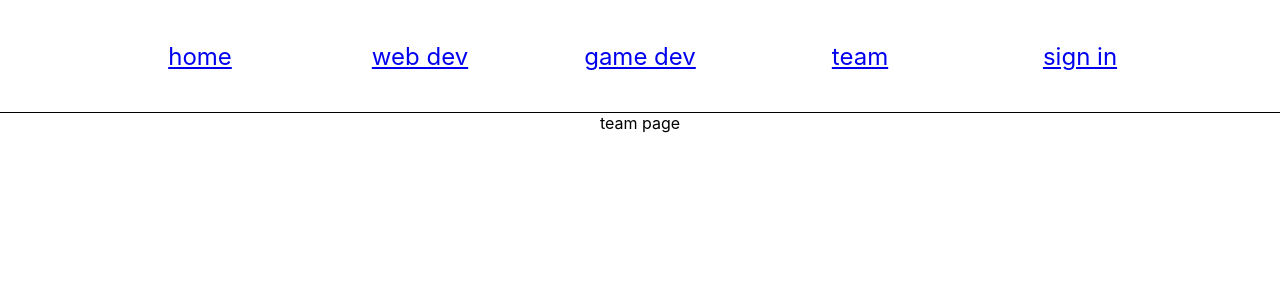
Repository: romAtam/5778
Page: /team
An editor plug-in stored every save of this project. The page is shown before and after the next save, followed by the edit.
The browser window is 1280 px wide. The pictures show the whole page.
The project was rebuilt for these pictures with package versions that can differ from the ones it lists, and the page was loaded fresh each time. Also part of the build but not shown: src/Pages/Home.js, src/Pages/Game.js, src/Pages/Web.js, src/Pages/Signin.js.

Above is the page before, as saved 2021-12-11 13:10:35.

### src/index.js
import React from 'react';
import ReactDOM from 'react-dom';
import './index.css';
import App from './App';

import {BrowserRouter as Router} from "react-router-dom"
ReactDOM.render(
  <React.StrictMode>
    <Router>
       <App />
    </Router>

  </React.StrictMode>,
  document.getElementById('root')
);

### src/App.js

import './App.css';
import Nav from './Nav'
import {Routes,Route} from "react-router-dom"
import Home from "./Pages/Home"
import Game from "./Pages/Game"
import Web from "./Pages/Web"
import Team from "./Pages/Team"
import Signin from "./Pages/Signin"
function App() {
  return (
    <div className="App">
<Nav/>
<Routes>
  <Route path="/" element={<Home/>}/>
  <Route path="/game" element={<Game/>}/>
  <Route path="/web" element={<Web/>}/>
  <Route path="/team" element={<Team/>}/>
  <Route path="/signin" element={<Signin/>}/>
</Routes>



    </div>
  );
}

export default App;

### src/Nav.js
import React from 'react'
import{Link} from "react-router-dom"
import styled from "styled-components"

const NavContainer=styled.div`
display: grid;
grid-gap:20px;
justify-content:center;
align-items:center;
height:80px;
font-size:1.5rem;
padding:1rem 2rem;
border-bottom: 1px solid #000;
grid-template-columns: repeat(5,minmax(100px,200px));
@media (max-width: 768px){
    grid-template-columns: 1fr;
    height:100vh;
    max-height:800px ;
}

`
const Nav = () => {



    return (
        <NavContainer>
               <Link to="/">home</Link>
               <Link to="/web">web dev</Link>
               <Link to="/game">game dev</Link>
               <Link to="/team">team</Link>
               <Link to="/signin">sign in</Link>
        </NavContainer>
    )
}

export default Nav

### src/Pages/Team.js
import React from 'react'
import styled from "styled-components";

export const TeamContainer=styled.div`
display:grid ;
grid-gap:20px ;
grid-template-columns:repeat(auto-fit,1fr) ;
justify-content:center ;
align-items:center ;
`

const Team = () => {
    return (
        <TeamContainer>
            team page
        </TeamContainer>
    )
}

export default Team

Loaded but not shown: public/index.html (common file); src/index.css (common file); src/App.css (common file)

After the next save:
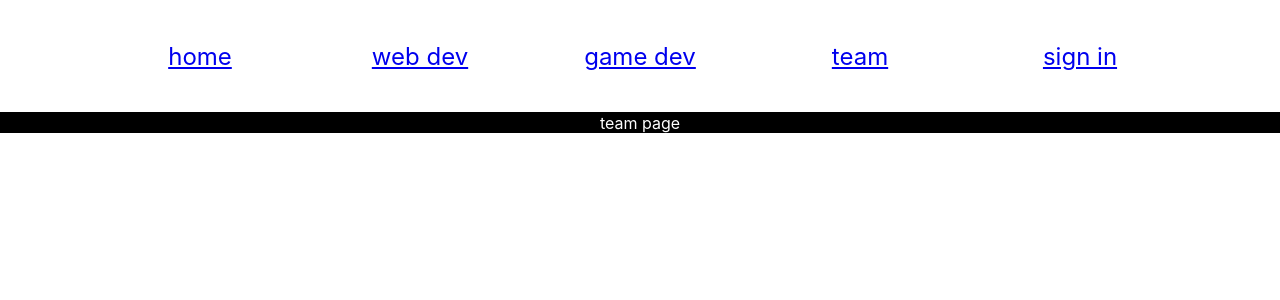
Saved 67 s later.
--- a/src/Pages/Team.js
+++ b/src/Pages/Team.js
@@ -7,6 +7,8 @@ grid-gap:20px ;
 grid-template-columns:repeat(auto-fit,1fr) ;
 justify-content:center ;
 align-items:center ;
+background-color:black;
+color: white ;
 `
 
 const Team = () => {
